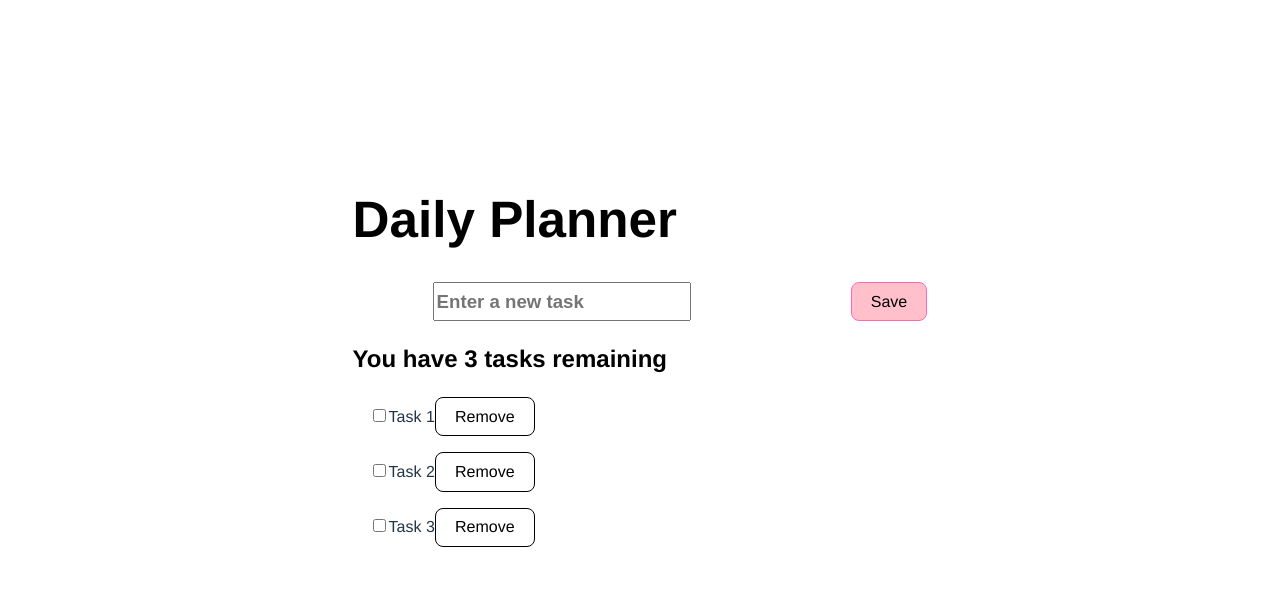
Repository: MonicaNguyenH/Frontend_Assignment6
Page: / (app in react/)
An editor plug-in stored every save of this project. The page is shown before and after the next save, followed by the edit.
The browser window is 1280 px wide. The pictures show the whole page.
The project was rebuilt for these pictures with package versions that can differ from the ones it lists, and the page was loaded fresh each time. Also part of the build but not shown: react/vite.config.js.

Above is the page before, as saved 2024-10-11 14:14:40.

### react/src/App.jsx
import { useState } from 'react';
import './App.css';
import Task from './components/Task';
import TaskForm from './components/TaskForm';

function App() {
  const [tasks, setTasks] = useState([
    { id: 0, name: "Task 1", completed: false },
    { id: 1, name: "Task 2", completed: false },
    { id: 2, name: "Task 3", completed: false }
  ]);

  const addTask = (task) => {
    setTasks([...tasks, { id: tasks.length, name: task, completed: false }]); // Adds task incomplete by default
  };

  const toggleComplete = (taskId) => {
    setTasks(tasks.map(task =>
      task.id === taskId ? { ...task, completed: !task.completed } : task
    ));
  };

  const removeTask = (taskId) => {
    setTasks(tasks.filter(task => task.id !== taskId));
  };

  const remainingTask = tasks.filter(task => !task.completed).length;

  return (
    <>
      <div className="main">
        <h1 className="header">Daily Planner</h1>
        <div>
          <TaskForm addTask={addTask} />
          <h2 className="counting">
            You have {remainingTask} task{remainingTask !== 1 ? 's' : ''} remaining
          </h2>
          {tasks.map((task) => (
            <Task
              key={task.id}
              task={task}
              toggleComplete={() => toggleComplete(task.id)}
              removeTask={() => removeTask(task.id)}
            />
          ))}
        </div>
      </div>
    </>
  );
}

export default App;



// export default App

// // import { useState } from 'react'
// import { useState } from 'react';
// import './App.css'
// import Task from './components/Task'
// import TaskForm from './components/TaskForm';

// function App() {
//   const [task, setTask] = useState([
//     { id: 1, name: "Task 1", completed: false },
//     { id: 2, name: "Task 2", completed: false },
//     { id: 3, name: "Task 3", completed: false }
//   ]);

//   const addTask = (newTask) => {
//     setTask([...task, {...newTask, completed: false}]); // add task incompleted by default
//   };

//   const toggleComplete = (taskId) => {
//     const updatedTasks = task.map(task =>
//       task.id === taskId ? { ...task, completed: !task.completed } : task // toggle task completed status
//     );
//     setTask(updatedTasks); // update the state with the new task list
//   };

//   const removeTask = (taskId) => {
//     const updatedTasks = task.filter(task => task.id !== taskId);
//     setTask(updatedTasks); // update the state without the removed task
//   };

//   // count remaining task
//   const remainingTask = task.filter(task => !task.completed).length;

//   return (
//     <>
//       <div className="main">
//         <h1 className="header">Daily Planner</h1>
//         <div>
//           <TaskForm addTask={addTask} /> {/* Pass addTask to TaskForm */}
//           <h2 className="counting">You have {remainingTask} task{remainingTask !== 1 ? 's' : ''} remaining</h2> {/* count remaining (more than 1 have 's') */}
//           {task.map((task) => (
//             <Task
//               key={task.id}
//               name={task.name}
//               completed={task.completed}
//               toggleComplete={() => toggleComplete(task.id)}
//               removeTask={() => removeTask(task.id)}
//             />
//           ))}
//         </div>
//       </div>
//     </>
//   )
// }

// export default App

### react/src/App.css
#root {
  max-width: 1280px;
  margin: 0 auto;
  padding: 2rem;
  text-align: center;

  font-family: Helvetica, sans-serif;
}

.main {

}

.header {
  color: black;
  text-align: left;
}

.counting {
  color: black;
  text-align: left;
}

/* TaskForm  */
.formContainer {
  width: 100%;
  display: flex;
  flex-direction: row;
  justify-content: center;
}

.btn-save {
  background-color: pink;
  border-radius: 15;
  border: 1px solid hotpink;
}

.btn-save:hover {
  background-color: hotpink;
  border: 1px solid pink;
}


.task {
  display: flex;
  flex-direction: row;
  align-items: center;
  margin: 1em;

  width: 100%;
  min-width: 20em;
}

[id^="checkbox-"] {
  margin-right: 1rem;
  width: 2em;
  height: 2rem;
  accent-color: pink;
}

#task-name {
  margin: 0 10rem 0 5rem;
  font-weight: bold;
  font-size: 14pt;
  text-align: left;
  min-width: 30%;
}

.task-delete {
  border: 1px solid black;
  background-color: white;
  border-radius: 15;
  cursor: pointer;
}

.task-delete:hover {
  border: 1px solid pink;
}

### react/src/components/Task.jsx
import { useState } from "react";

export default function Task({ task, toggleComplete, removeTask }) {
  return (
    <>
      <div className={`task ${task.completed ? 'completed' : ''}`}>
        <label>
          <input
            type="checkbox"
            checked={task.completed}
            onChange={toggleComplete}
          />
        </label>
        <span className="checkbox" style={{ textDecoration: task.completed ? 'line-through' : 'none' }}>{task.name}</span>
        <button className="task-delete" onClick={removeTask}>Remove</button>
      </div>
    </>
  );
}


// import { useState } from "react";

// export default function Task({ name }) {
//   // State for checkbox status (checked/unchecked)
//   const [isChecked, setIsChecked] = useState(false);
//   const [visible, setVisible] = useState(true);

//   // Handle checkbox toggle
//   const toggleCheckbox = () => {
//     setIsChecked(!isChecked);
//     onToggle(!isChecked); // Inform the parent about the status
//   };

//   // Remove task when clicking the remove button
//   const removeTask = () => {
//     setVisible(false);
//     onRemove();
//   };

//   // If the task is no longer visible, return null
//   if (!visible) {
//     return null;
//   }

//   return (
//     <>
//       <div className="task">
//         <label>
//           <input
//             type="checkbox"
//             checked={isChecked}
//             onChange={toggleCheckbox}
//           />
//         </label>
//         <p style={{ textDecoration: isChecked ? "line-through" : "none" }}>
//           {name}
//         </p>
//         <button className="task-delete" onClick={removeTask}>
//           Remove
//         </button>
//       </div>
//     </>
//   );
// }

### react/src/components/TaskForm.jsx
import { useState } from "react";
import { nanoid } from 'nanoid';

// const taskTemplate = {
//     name: 'new task'
// };

export default function TaskForm({addTask}) {
    const [taskName, setTaskName] = useState('');

    // form submission
    const handleSubmit = (e) => {
        e.preventDefault(); // the form submission will be handled by JavaScript instead of triggering a page refresh
        if (taskName.trim()) { // checks if the taskName (the text the user entered) is not an empty string after trimming whitespace
            addTask( taskName );
            setTaskName(''); // clear the input field
        }
    }

    return (
        <>
            <form onSubmit={handleSubmit}>
                <div className="formContainer">
                    <input
                        id="task-name"
                        type="text"
                        value={taskName}
                        onChange={(e) => setTaskName(e.target.value)}
                        placeholder="Enter a new task"
                    />
                    <div className="btn-group">
                        <button type="submit" className="btn-save">Save</button>
                    </div>
                </div>
            </form>
        </>
    )
}

// // import { useState } from 'react'
// import { useState } from 'react';
// import './App.css'
// import Task from './components/Task'
// import TaskForm from './components/TaskForm';

// function App() {
//   const [task, setTask] = useState([
//     { id: 1, name: "Task 1", completed: false },
//     { id: 2, name: "Task 2", completed: false },
//     { id: 3, name: "Task 3", completed: false }
//   ]);

//   const addTask = (newTask) => {
//     setTask([...task, {...newTask, completed: false}]); // add task incompleted by default
//   };

//   const toggleComplete = (taskId) => {
//     const updatedTasks = task.map(task =>
//       task.id === taskId ? { ...task, completed: !task.completed } : task // toggle task completed status
//     );
//     setTask(updatedTasks); // update the state with the new task list
//   };

//   const removeTask = (taskId) => {
//     const updatedTasks = task.filter(task => task.id !== taskId);
//     setTask(updatedTasks); // update the state without the removed task
//   };

//   // count remaining task
//   const remainingTask = task.filter(task => !task.completed).length;

//   return (
//     <>
//       <div className="main">
//         <h1 className="header">Daily Planner</h1>
//         <div>
//           <TaskForm addTask={addTask} /> {/* Pass addTask to TaskForm */}
//           <h2 className="counting">You have {remainingTask} task{remainingTask !== 1 ? 's' : ''} remaining</h2> {/* count remaining (more than 1 have 's') */}
//           {task.map((task) => (
//             <Task
//               key={task.id}
//               name={task.name}
//               completed={task.completed}
//               toggleComplete={() => toggleComplete(task.id)}
//               removeTask={() => removeTask(task.id)}
//             />
//           ))}
//         </div>
//       </div>
//     </>
//   )
// }

// export default App

Loaded but not shown: react/index.html (common file); react/src/main.jsx (common file); react/src/index.css (common file)

After the next save:
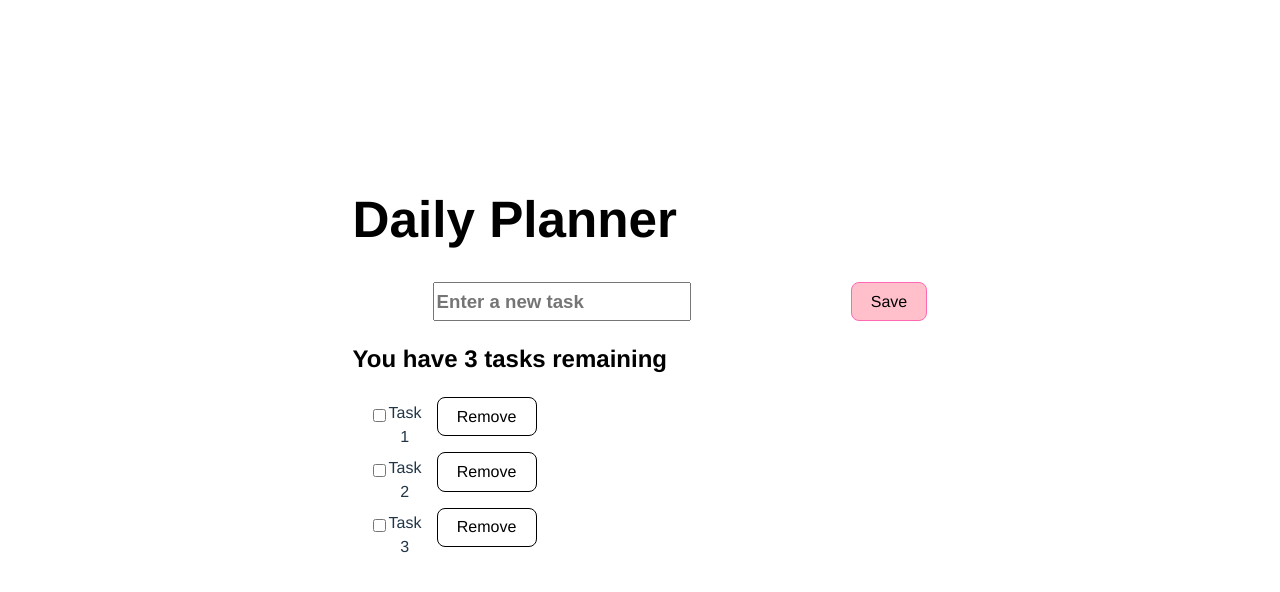
Saved 3 s later.
--- a/react/src/App.css
+++ b/react/src/App.css
@@ -51,7 +51,7 @@
   min-width: 20em;
 }
 
-[id^="checkbox-"] {
+.checkbox {
   margin-right: 1rem;
   width: 2em;
   height: 2rem;

After the save that followed:
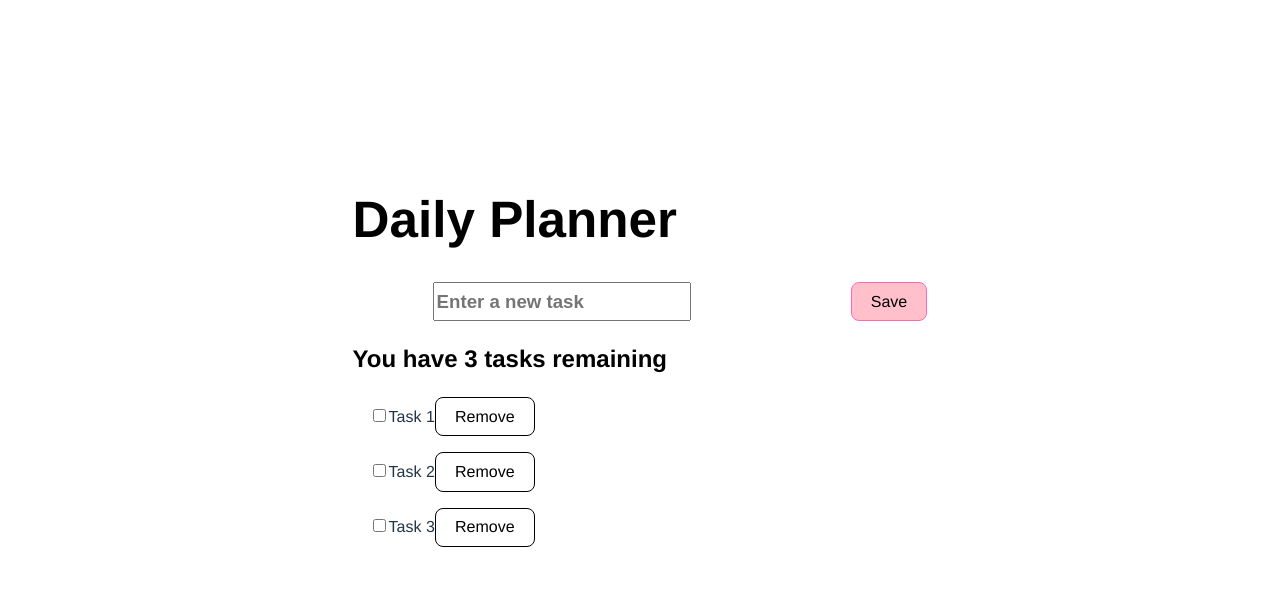
Saved 46 s later.
--- a/react/src/App.css
+++ b/react/src/App.css
@@ -51,7 +51,7 @@
   min-width: 20em;
 }
 
-.checkbox {
+#checkbox {
   margin-right: 1rem;
   width: 2em;
   height: 2rem;
